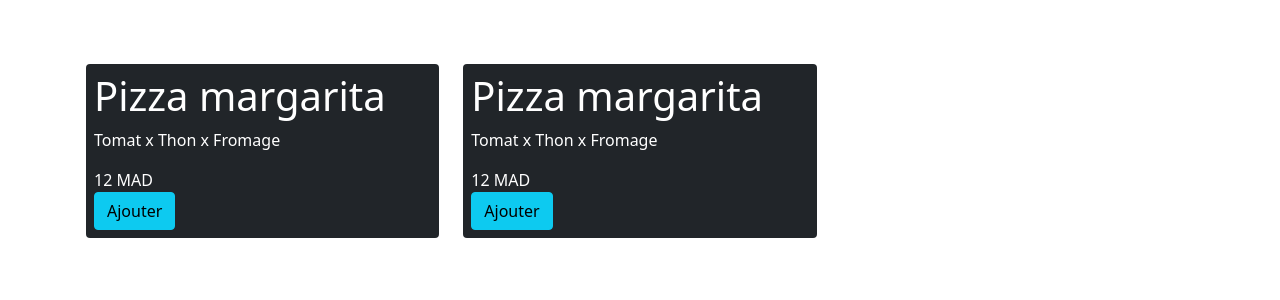
Repository: FS-23/my-restaurant
Page: /
An editor plug-in stored every save of this project. The page is shown before and after the next save, followed by the edit.
The browser window is 1280 px wide. The pictures show the whole page.
The project was rebuilt for these pictures with package versions that can differ from the ones it lists, and the page was loaded fresh each time.

Above is the page before, as saved 2022-04-29 13:48:11.

### public/index.html
<!DOCTYPE html>
<html lang="en">
  <head>
    <meta charset="utf-8" />
    <link rel="icon" href="%PUBLIC_URL%/favicon.ico" />
    <meta name="viewport" content="width=device-width, initial-scale=1" />
    <meta name="theme-color" content="#000000" />
    <meta
      name="description"
      content="Web site created using create-react-app"
    />
    <link rel="apple-touch-icon" href="%PUBLIC_URL%/logo192.png" />
    <!--
      manifest.json provides metadata used when your web app is installed on a
      user's mobile device or desktop. See https://developers.google.com/web/fundamentals/web-app-manifest/
    -->
    <link rel="manifest" href="%PUBLIC_URL%/manifest.json" />
    <!--
      Notice the use of %PUBLIC_URL% in the tags above.
      It will be replaced with the URL of the `public` folder during the build.
      Only files inside the `public` folder can be referenced from the HTML.

      Unlike "/favicon.ico" or "favicon.ico", "%PUBLIC_URL%/favicon.ico" will
      work correctly both with client-side routing and a non-root public URL.
      Learn how to configure a non-root public URL by running `npm run build`.
    -->
    <title>React App</title>
    <!-- CSS only -->
<link href="https://cdn.jsdelivr.net/npm/bootstrap@5.1.3/dist/css/bootstrap.min.css" rel="stylesheet">
  </head>
  <body>
    <noscript>You need to enable JavaScript to run this app.</noscript>
    <div id="root"></div>
    <!--
      This HTML file is a template.
      If you open it directly in the browser, you will see an empty page.

      You can add webfonts, meta tags, or analytics to this file.
      The build step will place the bundled scripts into the <body> tag.

      To begin the development, run `npm start` or `yarn start`.
      To create a production bundle, use `npm run build` or `yarn build`.
    -->
  </body>
</html>

### src/index.css
.plan-container {
    width: auto ;
    background-color: grey;
}

.app-gradient-container {
   background-image: linear-gradient(160deg , red , blue);
   opacity: 0.2;
}

### src/App.js
import Menu from './components/Menu'
function App() {
  return (
    <div className="">
       <div className='vw-100 vh-100 position-fixed text-white'>
           <div className='position-absolute d-none top-0 w-100 h-100 bg-dark app-gradient-container'>

           </div>
           <div className="mt-5 p-3 rounded container ">
              <Menu />
           </div>
       </div>
    </div>
  );
}

export default App;

### src/components/Menu.js
import Plat from "./Plat"
function Menu(){
    return (
        <div className="row">
            < Plat name="Pizza margarita" price="12" ingredient="Tomat x Thon x Fromage" />
            < Plat name="Pizza margarita" price="12" ingredient="Tomat x Thon x Fromage" />
        </div>
    )
}

export default Menu

### src/components/Plat.js

function Plat (props){
    return(
        <div className=" col-1 col-sm-2 col-lg-4" >
            <div className="bg-dark p-2 rounded">
                <h1>{props.name} </h1>
                <p> {props.ingredient}</p>
                <div>
                    {props.price} MAD
                </div>
                <button className="btn btn-info">Ajouter</button>
            </div>
       </div>


    )
}

export default Plat

Loaded but not shown: src/index.js (common file)

After the next save:
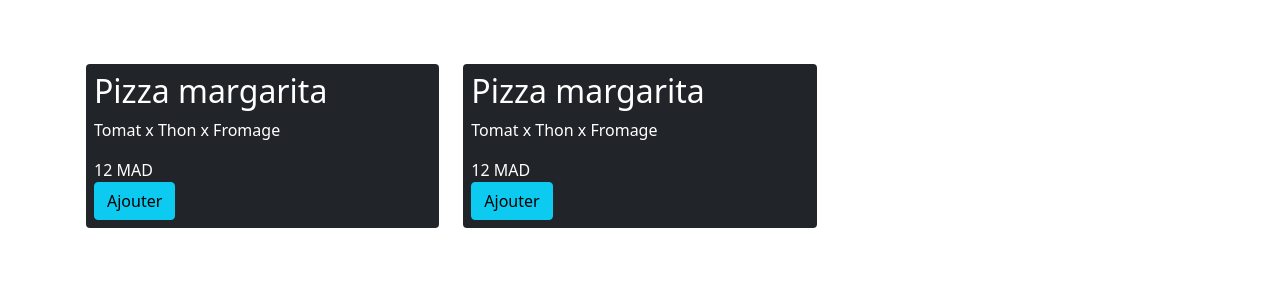
Saved 38 s later.
--- a/src/components/Plat.js
+++ b/src/components/Plat.js
@@ -3,7 +3,7 @@ function Plat (props){
     return(
         <div className=" col-1 col-sm-2 col-lg-4" >
             <div className="bg-dark p-2 rounded">
-                <h1>{props.name} </h1>
+                <h2>{props.name} </h2>
                 <p> {props.ingredient}</p>
                 <div>
                     {props.price} MAD
